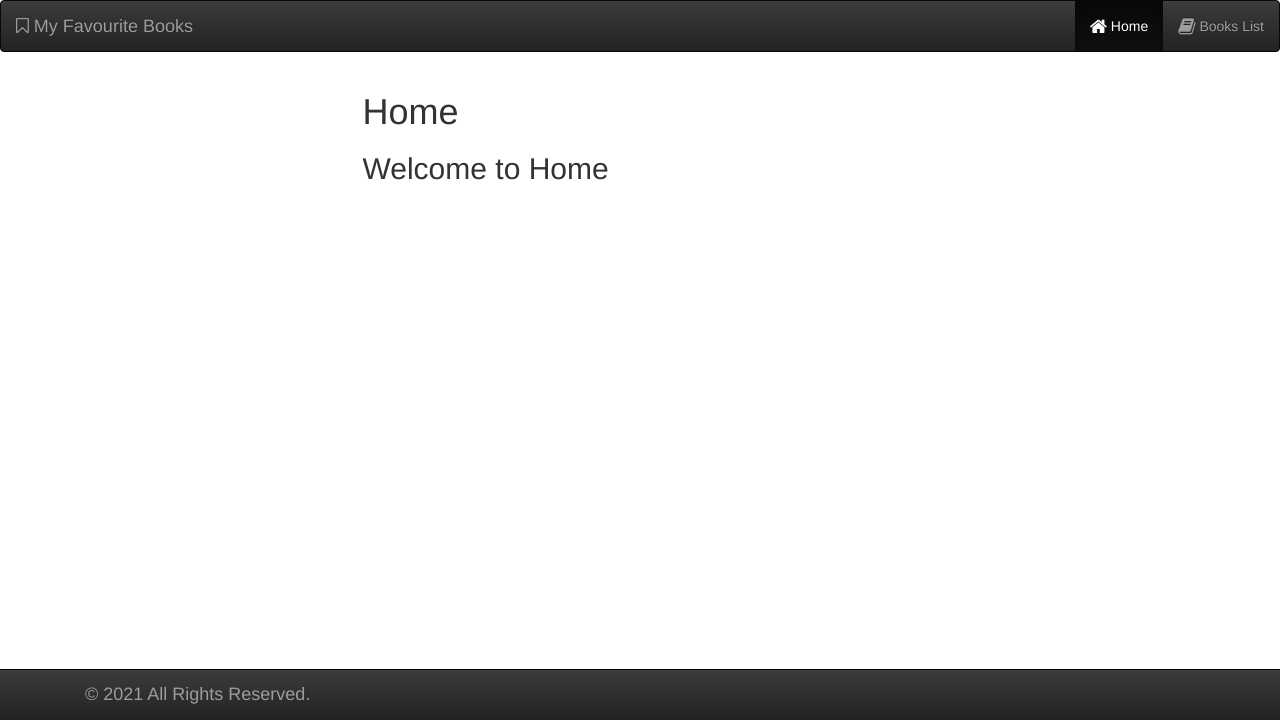
Repository: daviccarvalho/COMP229-M2021-Midterm-301154671
Page: http://localhost/
These files come from the project's save history. The page is drawn as it stood at one moment and after the next save; the edit follows.
The browser window is 1280 px wide. The pictures show the whole page.
Some icons come from a web library that is not loaded, so they are not drawn. The page is served by the project's Node server (server.js). Style sheets and scripts are compiled from the project's sources, by tool versions that may differ from the author's.

Above is the page before, as saved 2021-06-22 17:52:18.

After the next save:
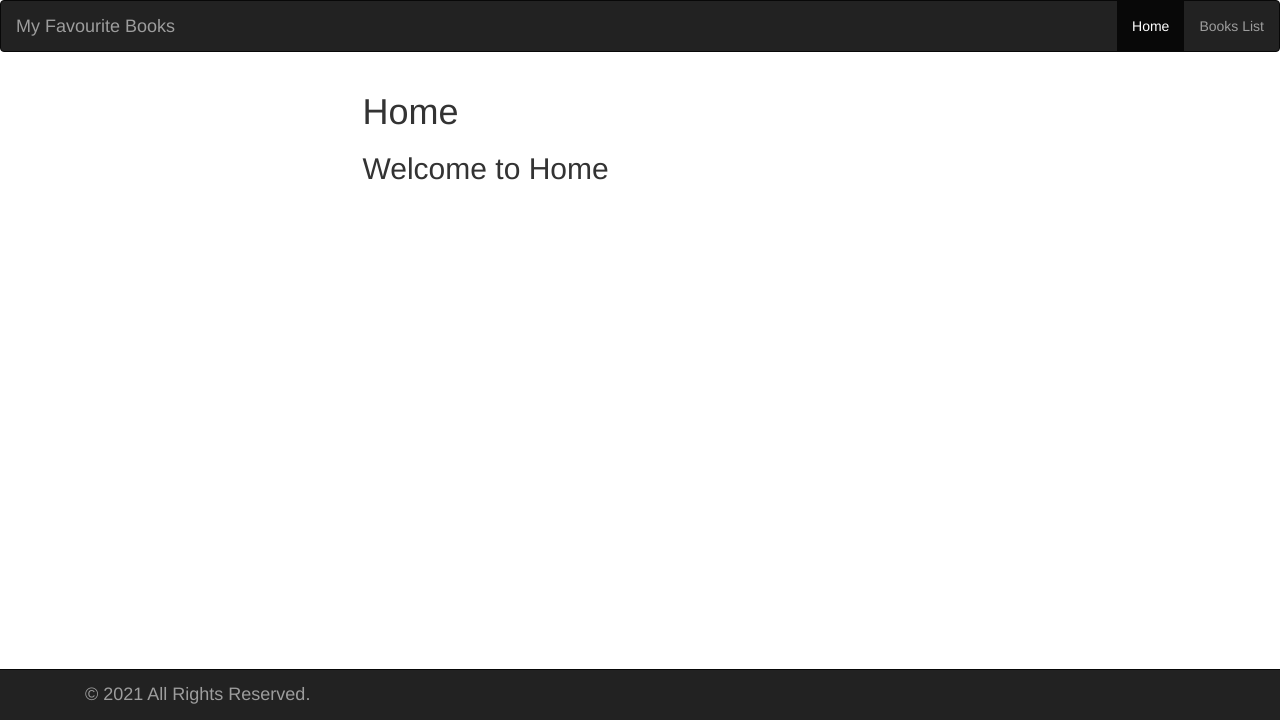
Saved 29 s later.
--- a/server/views/partials/header.ejs
+++ b/server/views/partials/header.ejs
@@ -11,9 +11,10 @@
     <meta name="viewport" content="width=device-width, initial-scale=1">
     <title><%= title %></title>
     <!-- CSS SECTION -->
+    <!-- Not in use
     <link rel="stylesheet" href="/Scripts/lib/bootstrap/dist/css/bootstrap.min.css">
     <link rel="stylesheet" href="/Scripts/lib/bootstrap/dist/css/bootstrap-theme.min.css">
-    <link rel="stylesheet" href="/Scripts/lib/font-awesome/css/font-awesome.min.css">
+    <link rel="stylesheet" href="/Scripts/lib/font-awesome/css/font-awesome.min.css">-->
     <link rel='stylesheet' href="/bootstrap/dist/css/bootstrap.min.css" />
     <link rel="stylesheet" href="/@fortawesome/fontawesome-free/css/all.min.css">
     <link rel='stylesheet' href='/Content/app.css' />

After the 2 saves that followed:
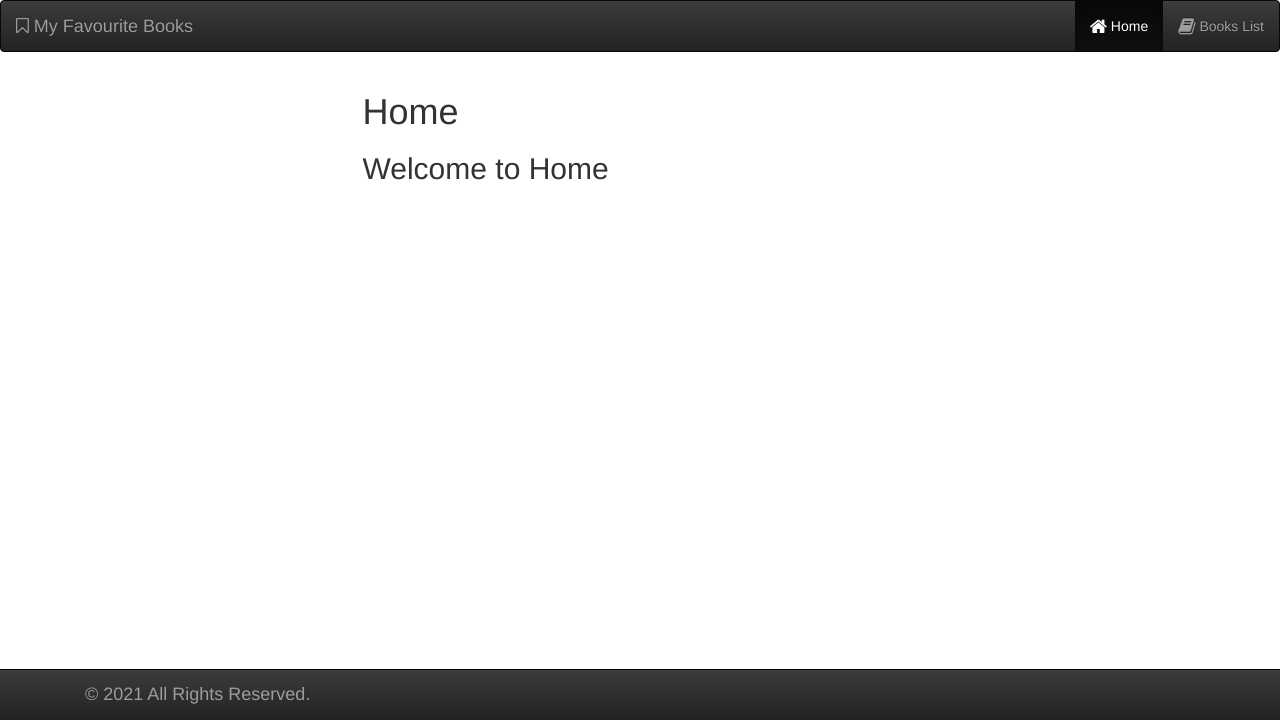
The 2 saves are shown as one change because 1 left the picture as it was.
The last was saved 70 s later.
--- a/server/views/partials/header.ejs
+++ b/server/views/partials/header.ejs
@@ -11,11 +11,9 @@
     <meta name="viewport" content="width=device-width, initial-scale=1">
     <title><%= title %></title>
     <!-- CSS SECTION -->
-    <!-- Not in use
     <link rel="stylesheet" href="/Scripts/lib/bootstrap/dist/css/bootstrap.min.css">
     <link rel="stylesheet" href="/Scripts/lib/bootstrap/dist/css/bootstrap-theme.min.css">
-    <link rel="stylesheet" href="/Scripts/lib/font-awesome/css/font-awesome.min.css">-->
-    <link rel='stylesheet' href="/bootstrap/dist/css/bootstrap.min.css" />
+    <link rel="stylesheet" href="/Scripts/lib/font-awesome/css/font-awesome.min.css">
     <link rel="stylesheet" href="/@fortawesome/fontawesome-free/css/all.min.css">
     <link rel='stylesheet' href='/Content/app.css' />
   </head>
